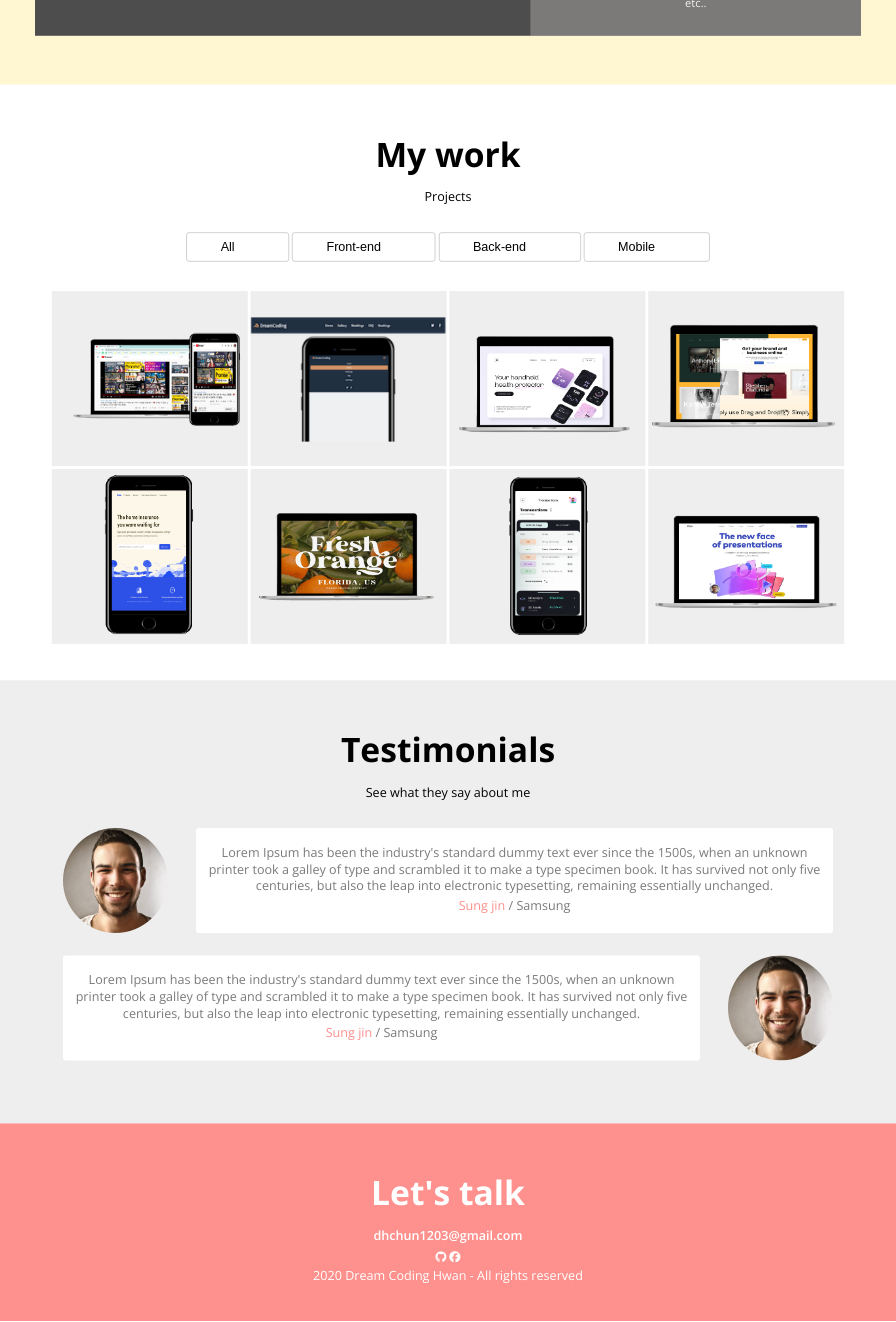
Repository: dhchun1203/Portfolio
Page: index.html
An editor plug-in stored every save of this project. The page is shown before and after the next save, followed by the edit.
The browser window is 1280 px wide. The pictures show the part of the page from y = 2127 to 4047 px (the page is 4015 px tall before and 4047 px after), at 70% of full size.
Some web libraries are served in a nearby version.

Above is the page before, as saved 2020-12-08 17:29:32.

### index.html
<!DOCTYPE html>
<html lang="en">
	<head>
		<meta charset="UTF-8" />
		<meta name="viewport" content="width=device-width, initial-scale=1.0" />
		<title>Hwan's Portfolio</title>
		<meta
			name="description"
			content="portfolio for world-renowned software engineer Hwan"
		/>
		<meta name="author" content="Hwan" />
		<link rel="icon" type="image/png" href="imgs/favicon.png" />
		<script
			src="https://kit.fontawesome.com/8b98a99811.js"
			crossorigin="anonymous"
		></script>
		<link rel="preconnect" href="https://fonts.gstatic.com" />
		<link
			href="https://fonts.googleapis.com/css2?family=Open+Sans:wght@400;600;700&display=swap"
			rel="stylesheet"
		/>
		<link rel="stylesheet" href="style.css" />
		<script src="main.js" defer></script>
	</head>
	<body>
		<!-- Navbar -->
		<nav id="navbar">
			<div class="navbar__logo">
				<i class="fab fa-diaspora"></i>
				<a href="#">Hwan</a>
			</div>
			<div class="navbar__menu">
				<ul class="navbar__menu">
					<li class="navbar__menu__item active">Home</li>
					<li class="navbar__menu__item">About</li>
					<li class="navbar__menu__item">Skills</li>
					<li class="navbar__menu__item">My work</li>
					<li class="navbar__menu__item">Testimonial</li>
					<li class="navbar__menu__item">Contact</li>
				</ul>
			</div>
		</nav>
		<!-- Home -->
		<section id="home">
			<img class="home__avatar" src="imgs/profile.jpg" alt="profile" />

			<h1 class="home__title">Hello, <br />Let me introduce myself!</h1>

			<h2 class="home__description">
				A frontend Developer currently residing in Yongin, South Korea.
			</h2>
			<button class="home__contact">CONTACT ME</button>
		</section>
		<!-- About -->
		<section id="about" class="section section__container">
			<h1>About me</h1>
			<p>
				자기소개 Lorem Ipsum is simply dummy text of the printing and
				typesetting industry. Lorem Ipsum has been the industry's standard dummy
				text ever since the 1500s, when an unknown printer took a galley of type
				and scrambled it to make a type specimen book. It has survived not only
				five centuries, but also the leap into electronic typesetting, remaining
				essentially unchanged. It was popularised in the 1960s with the release
				of Letraset sheets containing Lorem Ipsum passages, and more recently
				with desktop publishing software like Aldus PageMaker including versions
				of Lorem Ipsum.
			</p>
			<div class="about__majors">
				<div class="major">
					<div class="major__icon"><i class="fab fa-html5"></i></div>
					<h2 class="major__title">HTML</h2>
					<div class="major__description">html</div>
				</div>
				<div class="major">
					<div class="major__icon"><i class="fab fa-css3-alt"></i></div>
					<h2 class="major__title">CSS</h2>
					<div class="major__description">css</div>
				</div>
				<div class="major">
					<div class="major__icon"><i class="fab fa-js"></i></div>
					<h2 class="major__title">JavaScript</h2>
					<div class="major__description">javascript</div>
				</div>
			</div>
			<!-- <div class="about__spec">
				<div class="about__spec__item">
					<img src="" alt="HtmlImage" />
					<h3>HTML</h3>
					<p>html</p>
				</div>
				<div class="about__spec__item">
					<img src="" alt="CssImage" />
					<h3>CSS</h3>
					<p>css</p>
				</div>
				<div class="about__spec__item">
					<img src="" alt="JavaScriptImage" />
					<h3>JavaScript</h3>
					<p>javascript</p>
				</div>
			</div> -->
			<div class="about__jobs">
				<div class="job">
					<img
						src="imgs/jobs/nciaedu_logo.png"
						alt="ncia logo"
						class="job__logo"
					/>
					<div class="job__description">
						<p class="job__name">blablalblablablalblablablalblablablalbla</p>
						<p class="job__period">2017-2018</p>
					</div>
				</div>
				<div class="job">
					<img
						src="imgs/jobs/nciaedu_logo.png"
						alt="ncia logo"
						class="job__logo"
					/>
					<div class="job__description">
						<p class="job__name">blablalblablablalblablablalblablablalbla</p>
						<p class="job__period">2017-2018</p>
					</div>
				</div>
			</div>
			<!-- <div class="career">
				<div class="career__item">
					<img class="career__image" src="" alt="career image" />
					<p>what's my career</p>
				</div>
				<div class="career__item">
					<img class="career__image" src="" alt="career image" />
					<p>what's my career</p>
				</div>
			</div> -->
		</section>
		<!-- Skills -->
		<section id="skills" class="section">
			<div class="section__container">
				<h1>Skills</h1>
				<h2>Skills & Attributes</h2>
				<p>
					Experience with all phases of the software life-cycle. Passion for
					learning new technologies. Capable of working within a team enviroment
					and independently. Ability to plan and time schedule, work under
					strict time pressure and adapt quickly when needed.
				</p>
				<div class="skillset">
					<div class="skillset__left">
						<h3 class="skillset__title">Skills</h3>
						<div class="skill">
							<div class="skill__description">
								<span>HTML</span>
								<span>99%</span>
							</div>
							<div class="skill__bar">
								<div class="skill__value" style="width: 99%"></div>
							</div>
						</div>
						<div class="skill">
							<div class="skill__description">
								<span>CSS</span>
								<span>80%</span>
							</div>
							<div class="skill__bar">
								<div class="skill__value" style="width: 80%"></div>
							</div>
						</div>
						<div class="skill">
							<div class="skill__description">
								<span>JavaScript</span>
								<span>90%</span>
							</div>
							<div class="skill__bar">
								<div class="skill__value" style="width: 90%"></div>
							</div>
						</div>
						<div class="skill">
							<div class="skill__description">
								<span>TypeScript</span>
								<span>80%</span>
							</div>
							<div class="skill__bar">
								<div class="skill__value" style="width: 80%"></div>
							</div>
						</div>
						<div class="skill">
							<div class="skill__description">
								<span>React</span>
								<span>80%</span>
							</div>
							<div class="skill__bar">
								<div class="skill__value" style="width: 80%"></div>
							</div>
						</div>
					</div>
					<div class="skillset__right">
						<div class="tools">
							<h3 class="skillset__title">Tools</h3>
							<ul class="tools__list">
								<li><span>Visual Studio Code</span></li>
								<li><span>Eclipse</span></li>
								<li><span>Team Foundation Server</span></li>
								<li><span>etc..</span></li>
								<li><span>etc..</span></li>
							</ul>
						</div>
						<div class="etc">
							<h3 class="skillset__title">Etc</h3>
							<ul class="etc__list">
								<li><span>Git</span></li>
								<li><span>Slack</span></li>
								<li><span>etc..</span></li>
							</ul>
						</div>
					</div>
				</div>
			</div>
		</section>
		<!-- Work -->
		<section id="work" class="section">
			<div class="section__container">
				<h1>My work</h1>
				<h3>Projects</h3>
				<div class="work__categories">
					<button class="category__btn selected" data-filter="*">
						All <span class="category__count">8</span>
					</button>
					<button class="category__btn" data-filter="front-end">
						Front-end <span class="category__count">3</span>
					</button>
					<button class="category__btn" data-filter="back-end">
						Back-end <span class="category__count">3</span>
					</button>
					<button class="category__btn" data-filter="mobile">
						Mobile <span class="category__count">2</span>
					</button>
				</div>
				<div class="work__projects">
					<a
						href="https://github.com/dhchun1203/DreamCoding_youtube-project"
						class="project"
						data-type="front-end"
						target="blank"
					>
						<img
							src="imgs/projects/project1.png"
							alt="youtube project thumbnail"
							class="project__img"
						/>
						<div class="project__description">
							<!--마우스를 올렸을 때 표시될 내용-->
							<h3>Youtube Site</h3>
							<span>Clone coding with HTML and CSS</span>
						</div>
					</a>
					<a
						href="https://github.com/dhchun1203/DreamCoding_youtube-project"
						class="project"
						data-type="front-end"
						target="blank"
					>
						<img
							src="imgs/projects/project2.png"
							alt="youtube project thumbnail"
							class="project__img"
						/>
						<div class="project__description">
							<h3>Project2</h3>
							<span>Fill in your own project</span>
						</div>
					</a>
					<a
						href="https://github.com/dhchun1203/DreamCoding_youtube-project"
						class="project"
						data-type="front-end"
						target="blank"
					>
						<img
							src="imgs/projects/project3.png"
							alt="youtube project thumbnail"
							class="project__img"
						/>
						<div class="project__description">
							<h3>Project3</h3>
							<span>Fill in your own project</span>
						</div>
					</a>
					<a
						href="https://github.com/dhchun1203/DreamCoding_youtube-project"
						class="project"
						data-type="back-end"
						target="blank"
					>
						<img
							src="imgs/projects/project4.png"
							alt="youtube project thumbnail"
							class="project__img"
						/>
						<div class="project__description">
							<h3>Project4</h3>
							<span>Fill in your own project</span>
						</div>
					</a>
					<a
						href="https://github.com/dhchun1203/DreamCoding_youtube-project"
						class="project"
						data-type="back-end"
						target="blank"
					>
						<img
							src="imgs/projects/project5.png"
							alt="youtube project thumbnail"
							class="project__img"
						/>
						<div class="project__description">
							<h3>Project5</h3>
							<span>Fill in your own project</span>
						</div>
					</a>
					<a
						href="https://github.com/dhchun1203/DreamCoding_youtube-project"
						class="project"
						data-type="mobile"
						target="blank"
					>
						<img
							src="imgs/projects/project6.png"
							alt="youtube project thumbnail"
							class="project__img"
						/>
						<div class="project__description">
							<h3>Project6</h3>
							<span>Fill in your own project</span>
						</div>
					</a>
					<a
						href="https://github.com/dhchun1203/DreamCoding_youtube-project"
						class="project"
						data-type="mobile"
						target="blank"
					>
						<img
							src="imgs/projects/project7.png"
							alt="youtube project thumbnail"
							class="project__img"
						/>
						<div class="project__description">
							<h3>Project7</h3>
							<span>Fill in your own project</span>
						</div>
					</a>
					<a
						href="https://github.com/dhchun1203/DreamCoding_youtube-project"
						class="project"
						data-type="mobile"
						target="blank"
					>
						<img
							src="imgs/projects/project8.png"
							alt="youtube project thumbnail"
							class="project__img"
						/>
						<div class="project__description">
							<h3>Project8</h3>
							<span>Fill in your own project</span>
						</div>
					</a>
				</div>
			</div>
		</section>
		<!-- Testimonial -->
		<section id="testimonials" class="section">
			<h1>Testimonials</h1>
			<h3>See what they say about me</h3>
			<div class="testimonials">
				<div class="testimonial">
					<img
						src="imgs/testimonial/people1.jpg"
						alt="People"
						class="testimonial__avatar"
					/>
					<div class="testimonial__speech-bubble">
						<p>
							Lorem Ipsum has been the industry's standard dummy text ever since
							the 1500s, when an unknown printer took a galley of type and
							scrambled it to make a type specimen book. It has survived not
							only five centuries, but also the leap into electronic
							typesetting, remaining essentially unchanged.
						</p>
						<p class="name"><a href="#">Sung jin</a> / Samsung</p>
					</div>
				</div>
				<div class="testimonial">
					<div class="testimonial__speech-bubble">
						<p>
							Lorem Ipsum has been the industry's standard dummy text ever since
							the 1500s, when an unknown printer took a galley of type and
							scrambled it to make a type specimen book. It has survived not
							only five centuries, but also the leap into electronic
							typesetting, remaining essentially unchanged.
						</p>
						<p class="name"><a href="#">Sung jin</a> / Samsung</p>
					</div>
					<img
						src="imgs/testimonial/people1.jpg"
						alt="People"
						class="testimonial__avatar"
					/>
				</div>
			</div>
		</section>
		<!-- Contact -->
		<section id="contact" class="section">
			<h1 class="contact__title">Let's talk</h1>
			<h2 class="contact__email">dhchun1203@gmail.com</h2>
			<div class="contact__links">
				<a href="https://github.com/dhchun1203">
					<i class="fab fa-github"></i>
				</a>
				<a href="https://www.facebook.com/profile.php?id=100010406657545">
					<i class="fab fa-facebook"></i>
				</a>
			</div>
			<p class="contact__rights">
				2020 Dream Coding Hwan - All rights reserved
			</p>
		</section>
	</body>
</html>

### style.css
/* Global */
:root {
	/* Color */
	--color-white: #ffffff;
	--color-light-white: #eeeeee;
	--color-dark-white: #bdbdbd;
	--color-pink: #fe918d;
	--color-dark-pink: #ff6863;
	--color-dark-grey: #4d4d4d;
	--color-grey: #616161;
	--color-light-grey: #7c7979;
	--color-blue: #73aace;
	--color-yellow: #fff7d1;
	--color-orange: #feb546;
	--color-black: #000000;
	/* Font size */
	--font-large: 48px;
	--font-medium: 28px;
	--font-regular: 18px;
	--font-small: 16px;
	--font-micro: 14px;
	/* Font weight */
	--weight-bold: 700;
	--weight-semi-bold: 600;
	--weight-regular: 400;
	/* Size */
	--size-border-radius: 4px;

	/* Animation */
	--animation-duration: 300ms;
}

/* Universal tags */
* {
	box-sizing: border-box;
}

body {
	margin: 0;
	font-family: "Open Sans", sans-serif;
	cursor: default;
}

a {
	text-decoration: none;
	color: var(--color-white);
}

ul {
	padding-left: 0;
}

li {
	list-style: none;
}

button {
	background-color: transparent;
	cursor: pointer;
	border: none;
	outline: none;
}
/* Typography(header) */
h1 {
	font-size: var(--font-large);
	font-weight: var(--weight-bold);
	color: var(--color-black);
	margin: 16px 0;
}

h2 {
	font-size: var(--font-regular);
	font-weight: var(--weight-semi-bold);
	color: var(--color-black);
	margin: 8px 0;
}

h3 {
	font-size: var(--font-regular);
	font-weight: var(--font-regular);
	color: var(--color-black);
	margin: 8px 0;
}

p {
	font-size: var(--font-regular);
	font-weight: var(--font-regular);
	color: var(--color-black);
	margin: 4px 0;
}
/* Navbar */
#navbar {
	display: flex;
	justify-content: space-between;
	align-items: center;
	background-color: var(--color-pink);
	color: var(--color-white);
	padding: 16px;
}
.navbar__menu {
	display: flex;
}
.navbar__logo {
	font-size: var(--font-medium);
	font-weight: var(--weight-semi-bold);
}
.navbar__menu__item {
	padding: 8px 12px;
	margin: 0 4px;
	cursor: pointer;
	border-radius: var(--size-border-radius);
}
.navbar__menu__item.active {
	border: 1px solid var(--color-white);
	border-radius: var(--size-border-radius);
}
.navbar__menu__item:hover {
	background-color: var(--color-dark-pink);
}
/* Home */
#home {
	background: url("imgs/home-background.png.png") center/cover no-repeat;
	padding: 40px;
	text-align: center;
}
.home__avatar {
	width: 200px;
	height: 250px;
	border-radius: 50%;
	border: 2px solid var(--color-light-white);
}

.home__title,
.home__description {
	color: var(--color-white);
}
.home__contact {
	color: var(--color-white);
	font-size: var(--font-regular);
	font-weight: var(--weight-bold);
	margin: 24px;
	padding: 8px 12px;
	border: 2px solid var(--color-white);
	border-radius: var(--size-border-radius);
}
/* Section common */
.section {
	text-align: center;
	padding: 50px;
	margin: auto;
}

.section__container {
	max-width: 1200px;
	margin: auto;
}
/* About */
.about__majors {
	display: flex;
	justify-content: space-between;
	margin: 80px 0;
}

.major__icon {
	width: 170px;
	height: 170px;
	font-size: 70px;
	line-height: 170px;
	margin: auto;
	border: 1px solid var(--color-blue);
	border-radius: 50%;
	margin-bottom: 16px;
	color: var(--color-blue);
}
.major__icon i {
	transition: all var(--animation-duration) ease;
}
.major__icon:hover i {
	color: var(--color-pink);
	transform: rotate(-30deg) scale(1.1);
	/* transition-duration: 2s; */
}
.major__title,
.major__description {
	color: var(--color-dark-grey);
}

.major__description {
	font-size: var(--font-small);
}

.job {
	display: flex;
	align-items: center;
}

.job__description {
	margin: 0 16px;
	text-align: left;
}

.job__name,
.job__period {
	color: var(--color-light-grey);
}

.job__name {
	font-size: var(--font-small);
}
.job__period {
	font-size: var(--font-micro);
}

/* Skill */

#skills {
	background-color: var(--color-yellow);
}

.skillset {
	color: var(--color-light-white);
	display: flex;
	background-color: var(--color-light-grey);
	margin: 20px 0;
}
.skillset__title {
	color: var(--color-white);
}
.skillset__left {
	flex-basis: 60%;
	background-color: var(--color-dark-grey);
	padding: 20px 40px;
}
.skill {
	margin-bottom: 32px;
}
.skill__description {
	display: flex;
	justify-content: space-between;
}
.skill__bar {
	width: 100%;
	height: 3px;
	background-color: var(--color-grey);
}
.skill__value {
	height: 3px;
	background-color: var(--color-orange);
}
.skillset__right {
	flex-basis: 40%;
}
.tools {
	background-color: var(--color-grey);
}
.tools,
.etc {
	padding: 20px;
}
.etc {
	background-color: var(--color-light-grey);
}
/* Work */

.work__categories {
	margin: 40px;
}

.category__btn {
	border: 1px solid var(--color-dark-white);
	border-radius: var(--size-border-radius);
	font-size: var(--font-regular);
	padding: 8px 48px;
}

.category__btn.active,
.category__btn:hover {
	background-color: var(--color-pink);
	color: var(--color-white);
}

.category__btn.active .category__count,
.category__btn:hover .category__count {
	opacity: 1;
	top: 0;
}

.category__count {
	background-color: var(--color-orange);
	border-radius: 50%;
	color: var(--color-white);
	width: 24px;
	height: 24px;
	line-height: 24px;
	display: inline-block;
	position: relative;
	top: -20px;
	left: 4px;
	opacity: 0;
	transition: all var(--animation-duration) ease-in;
}

.work__projects {
	display: flex;
	flex-wrap: wrap;
	justify-content: center;
}

.project {
	position: relative;
	display: flex;
	justify-content: center;
	align-items: center;
	width: 280px;
	height: 250px;
	margin: 2px;
	background-color: var(--color-light-white);
}

.project__img {
	max-width: 100%;
	max-height: 100%;
	align-self: center;
}

.project__description {
	position: absolute;
	background-color: black;
	display: flex;
	flex-direction: column;
	justify-content: center;
	width: 100%;
	height: 100%;
	top: 0;
	left: 0;
	opacity: 0;
	transform: translateY(10px);
	transition: all var(--animation-duration) ease-in;
}

.project:hover .project__description {
	opacity: 0.8;
	transform: translateY(0px);
}

.project__description h3 {
	color: var(--color-white);
}

.project__description h3:after {
	content: "";
	display: block;
	position: relative;
	left: 50%;
	width: 25px;
	height: 2px;
	margin-left: -12px;
	margin-top: 8px;
	background-color: var(--color-dark-white);
}

/* Testimonial */
#testimonials {
	background-color: var(--color-light-white);
}
.testimonials {
	margin: 40px;
}
.testimonial {
	display: flex;
	margin: 32px 0;
}
.testimonial__avatar {
	width: 150px;
	height: 150px;
	border-radius: 50%;
}

.testimonial__avatar:nth-child(odd) {
	margin-right: 40px;
}
.testimonial__avatar:nth-child(even) {
	margin-left: 40px;
}
.testimonial__speech-bubble {
	padding: 18px;
	background-color: var(--color-white);
	border-radius: var(--size-border-radius);
}

.testimonial__speech-bubble p {
	color: var(--color-light-grey);
}
.testimonial__speech-bubble a {
	color: var(--color-pink);
}
/* Contact */
#contact {
	background-color: var(--color-pink);
}
.contact__title,
.contact__email,
.contact__rights {
	color: var(--color-white);
}

Loaded but not shown: main.js (no copy from this time; the picture is the same without it)

After the next save:
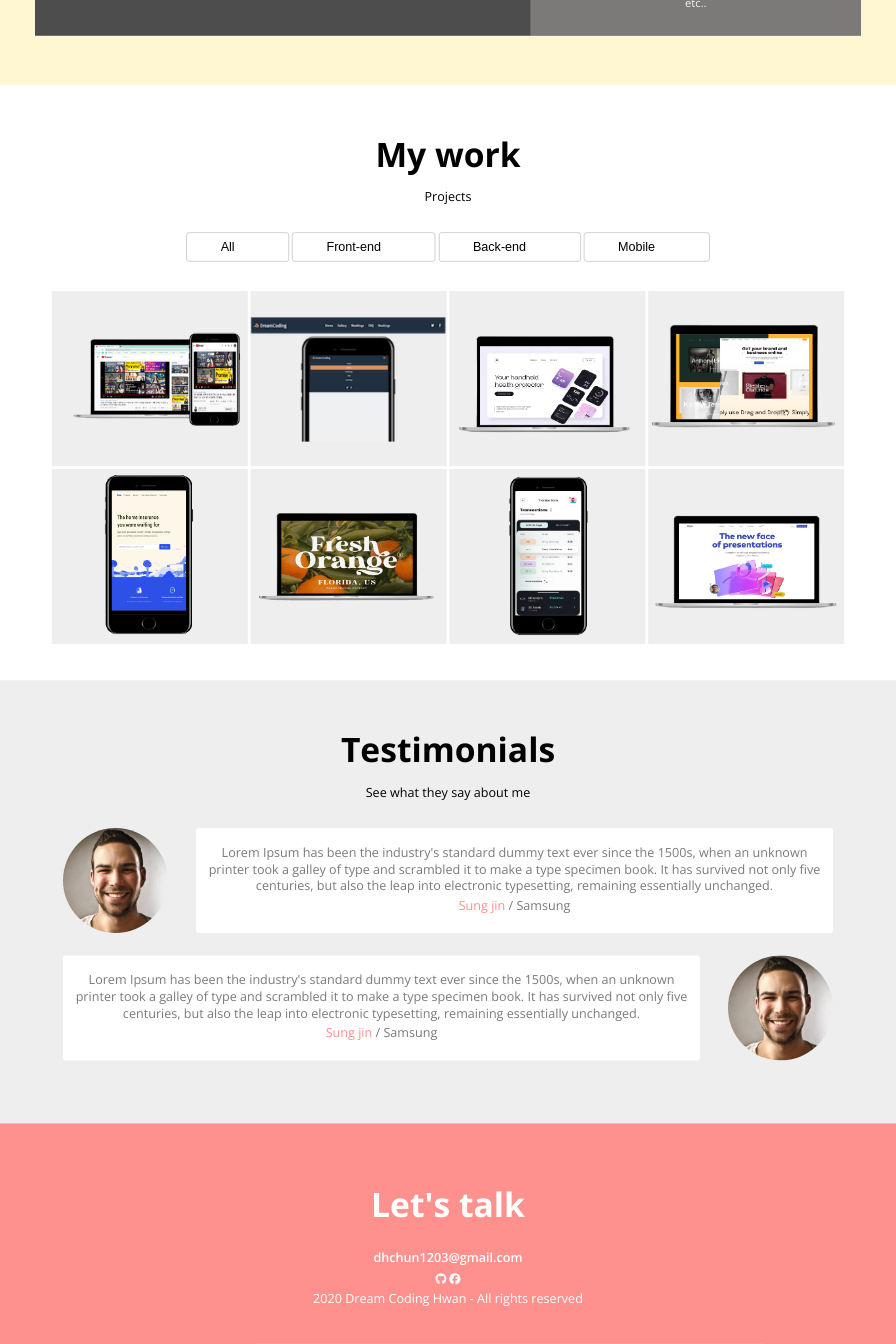
Saved 29 s later.
--- a/style.css
+++ b/style.css
@@ -403,3 +403,7 @@
 .contact__rights {
 	color: var(--color-white);
 }
+
+.contact__title {
+	margin: 32px 0;
+}
